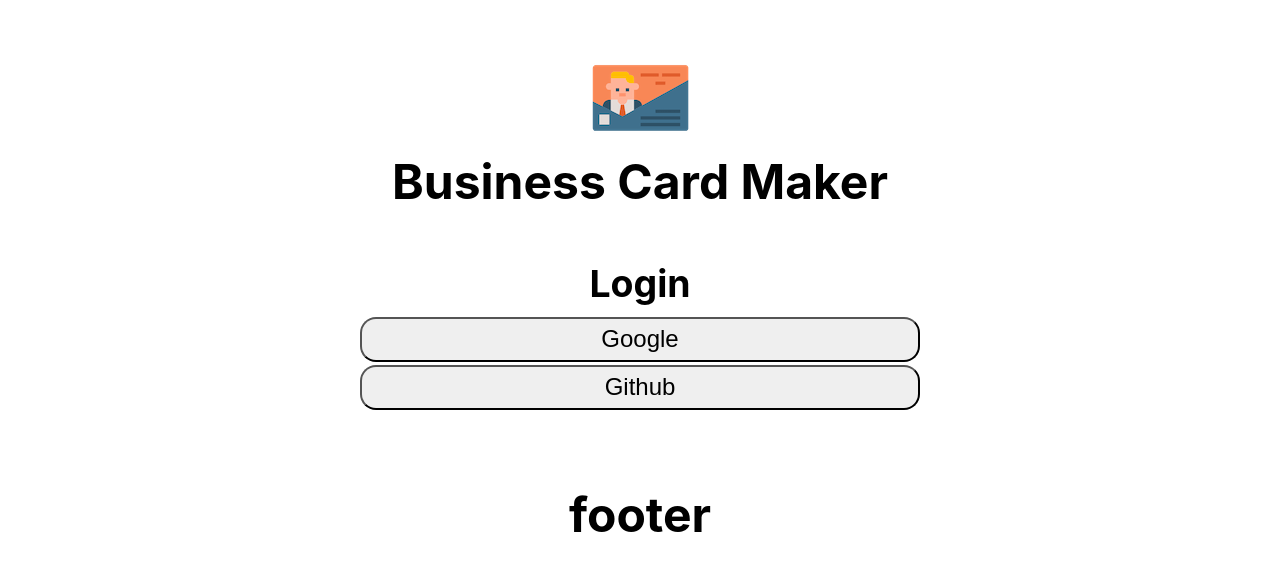
Repository: gomgomigom/firebase_practice_card_maker
Page: /
An editor plug-in stored every save of this project. The page is shown before and after the next save, followed by the edit.
The browser window is 1280 px wide. The pictures show the whole page.
The project was rebuilt for these pictures with package versions that can differ from the ones it lists, and the page was loaded fresh each time. Some packages were replaced by stand-ins written for this rebuild. Settings that the repository does not hold, such as keys and server addresses, were given made-up values.

Above is the page before, as saved 2022-01-21 13:56:33.

### public/index.html
<!DOCTYPE html>
<html lang="en">
  <head>
    <meta charset="utf-8" />
    <link rel="icon" href="./images/logo.png" />
    <meta name="viewport" content="width=device-width, initial-scale=1" />
    <meta name="theme-color" content="#000000" />
    <meta
      name="description"
      content="Web site created using create-react-app"
    />
    <title>Card-Maker</title>
  </head>
  <body>
    <noscript>You need to enable JavaScript to run this app.</noscript>
    <div id="root"></div>
  </body>
</html>

### src/index.js
import React from 'react';
import ReactDOM from 'react-dom';
import './index.module.css';
import App from './app';
import AuthService from './service/auth_service';

const authService = new AuthService();
ReactDOM.render(
  <React.StrictMode>
    <App authService={authService} />
  </React.StrictMode>,
  document.getElementById('root')
);

### src/app.js
import './app.css';
import Login from './components/login/login';

function App({ authService }) {
  return (
    <h1>
      <Login authService={authService} />
    </h1>
  );
}

export default App;

### src/service/auth_service.js
import firebase from 'firebase';
import firebaseApp from './firebase';

class AuthService {
  login(providerName) {
    const authProvider = new firebase.auth[`${providerName}AuthProvider`]();
    return firebaseApp.auth().signInWithPopup(authProvider);
  }
}
export default AuthService;

### src/components/login/login.jsx
import React from 'react';
import Footer from '../footer/footer';
import Header from '../header/header';
import styles from './login.module.css';

const Login = ({ authService }) => {
  const onLogin = (event) => {
    authService //
      .login(event.currentTarget.textContent)
      .then(console.log);
  };

  return (
    <section className={styles.login}>
      <Header />
      <section className={styles.loginList}>
        <h1 className={styles.title}>Login</h1>
        <ul>
          <li>
            <button className={styles.button} onClick={onLogin}>
              Google
            </button>
          </li>
          <li>
            <button className={styles.button} onClick={onLogin}>
              Github
            </button>
          </li>
        </ul>
      </section>
      <Footer />
    </section>
  );
};

export default Login;

### src/service/firebase.js
import firebase from 'firebase';

const firebaseConfig = {
  apiKey: process.env.REACT_APP_FIREBASE_API_KEY,
  authDomain: process.env.REACT_APP_FIREBASE_AUTH_DOMAIN,
  projectId: process.env.REACT_APP_FIREBASE_PROJECT_ID,
  storageBucket: process.env.REACT_APP_FIREBASE_STORAGE_BUCKET,
};

const firebaseApp = firebase.initializeApp(firebaseConfig);

export default firebaseApp;

### src/components/footer/footer.jsx
import React from 'react';

const Footer = (props) => <h1>footer</h1>;

export default Footer;

### src/components/header/header.jsx
import React from 'react';
import styles from './header.module.css';

const Header = ({ onLogout }) => {
  return (
    <header className={styles.header}>
      {onLogout && (
        <button className={styles.button} onClick={onLogout}>
          Logout
        </button>
      )}
      <img className={styles.logo} src='/images/logo.png' alt='logo' />
      <h1 className={styles.title}>Business Card Maker</h1>
    </header>
  );
};

export default Header;

### src/components/login/login.module.css
@value makerGrey from '../../common/colors.css';
@value makerWhite from '../../common/colors.css';
@value makerGreen from '../../common/colors.css';

.login {
  display: flex;
  flex-direction: column;
  align-items: center;
  justify-content: center;
  background-color: makerGrey;
  padding: 2rem;
}

.loginList {
  width: 40rem;
  height: 14rem;
  flex-direction: column;
  display: flex;
  align-items: center;
  justify-content: center;
  background-color: makerWhite;
}

li {
  list-style: none;
}

ul {
  margin: 0;
  padding: 0;
}

.title {
  margin: 0.5rem;
}

.button {
  display: block;
  border: 2px solid makerGreen;
  border-radius: 1rem;
  width: 35rem;
  font-size: 1.5rem;
  padding: 0.4rem;
  margin: 0.2rem;
}

### src/components/header/header.module.css
@value makerBlack from '../../common/colors.css';
@value makerGreen from '../../common/colors.css';
@value makerWhite from '../../common/colors.css';
@value makerWheat from '../../common/colors.css';

.header {
  width: 40rem;
  display: flex;
  flex-wrap: wrap;
  flex-direction: column;
  justify-content: center;
  align-items: center;
  font-size: 2rem;
  background-color: makerGreen;
}

.logo {
  margin: 0.6rem;
}

.title {
  color: makerWhite;
  margin: 0.6rem;
}

Loaded but not shown: src/index.module.css (common file); src/app.css (common file)

After the next save:
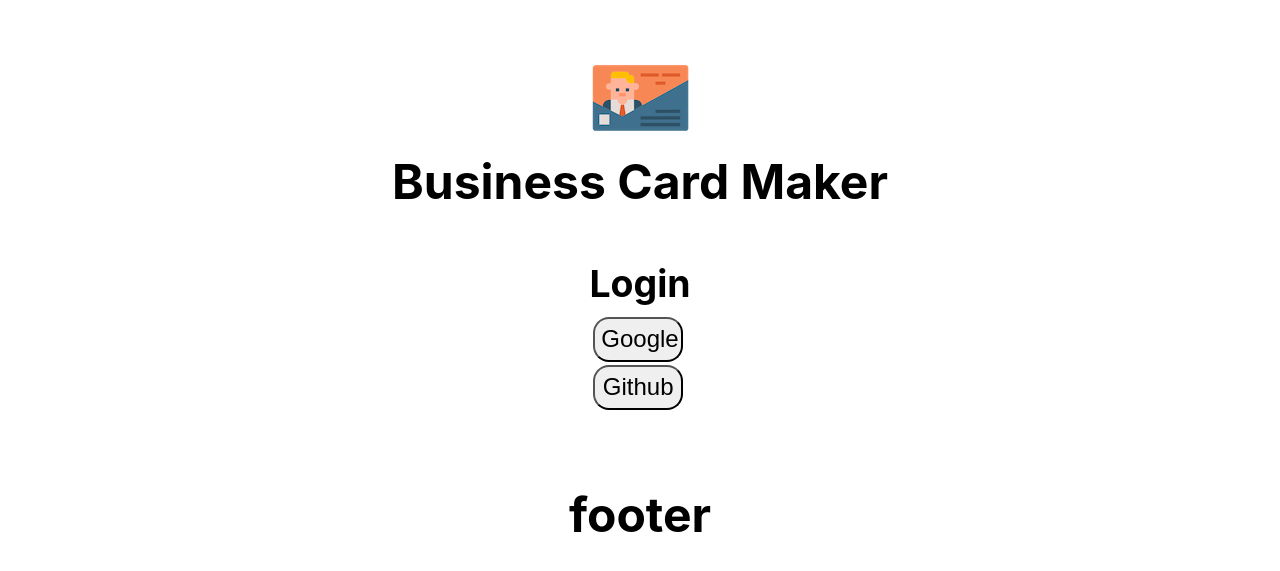
Saved 6 s later.
--- a/src/components/login/login.module.css
+++ b/src/components/login/login.module.css
@@ -38,7 +38,7 @@ ul {
   display: block;
   border: 2px solid makerGreen;
   border-radius: 1rem;
-  width: 35rem;
+  width: 90%;
   font-size: 1.5rem;
   padding: 0.4rem;
   margin: 0.2rem;
